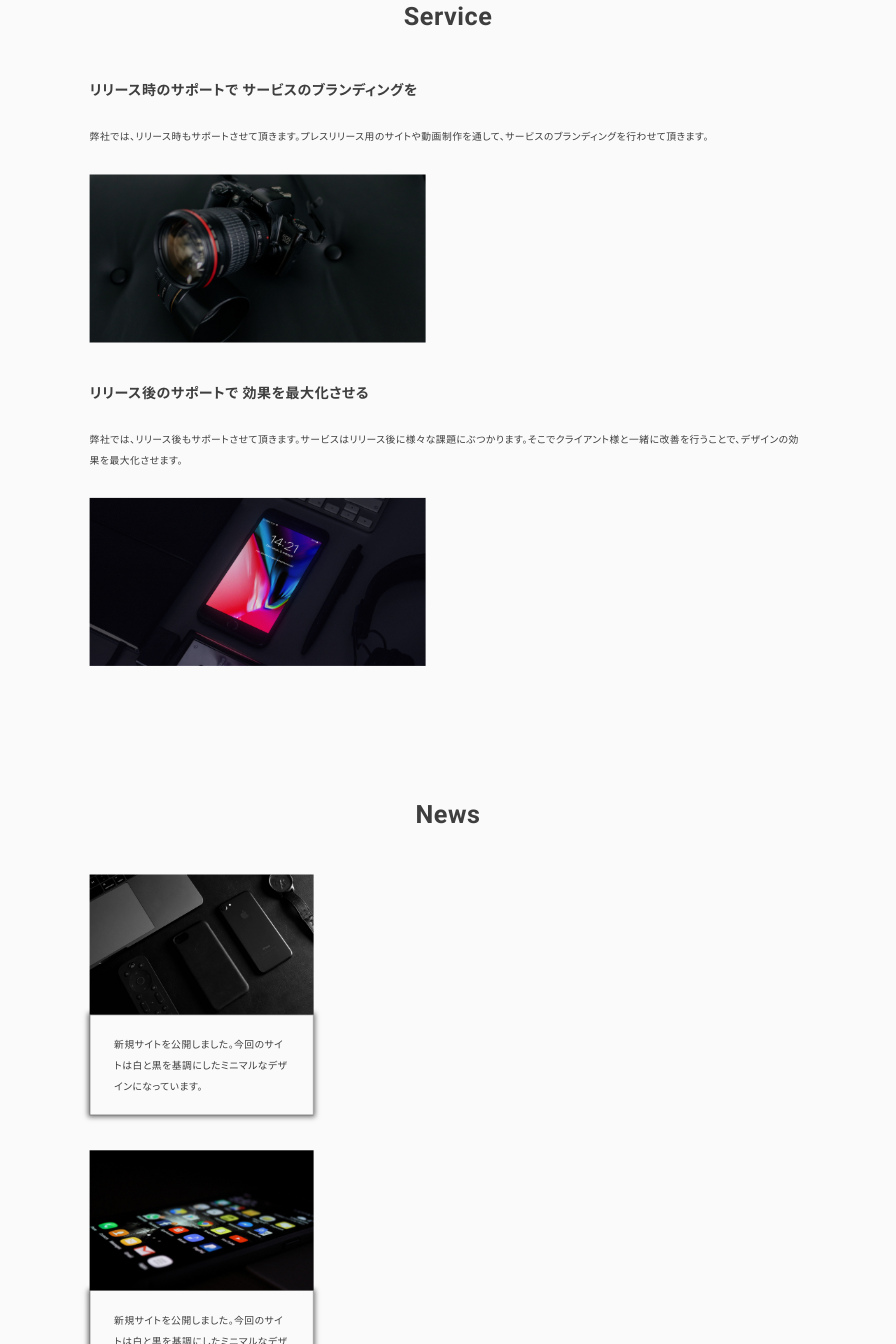
Repository: hatarakimono-kumasan/kurisuta_1st
Page: index.html
These files come from the project's save history. The page is drawn as it stood at one moment and after the next save; the edit follows.
The browser window is 1280 px wide. The pictures show the part of the page from y = 1295 to 3215 px (the page is 4599 px tall before and 5143 px after), at 70% of full size.
Some web libraries are served in a nearby version. The style sheet was rebuilt from its Sass, Less or Tailwind sources for each picture, by a compiler version that may differ from the author's.

Above is the page before, as saved 2020-05-15 16:10:47.

After the next save:
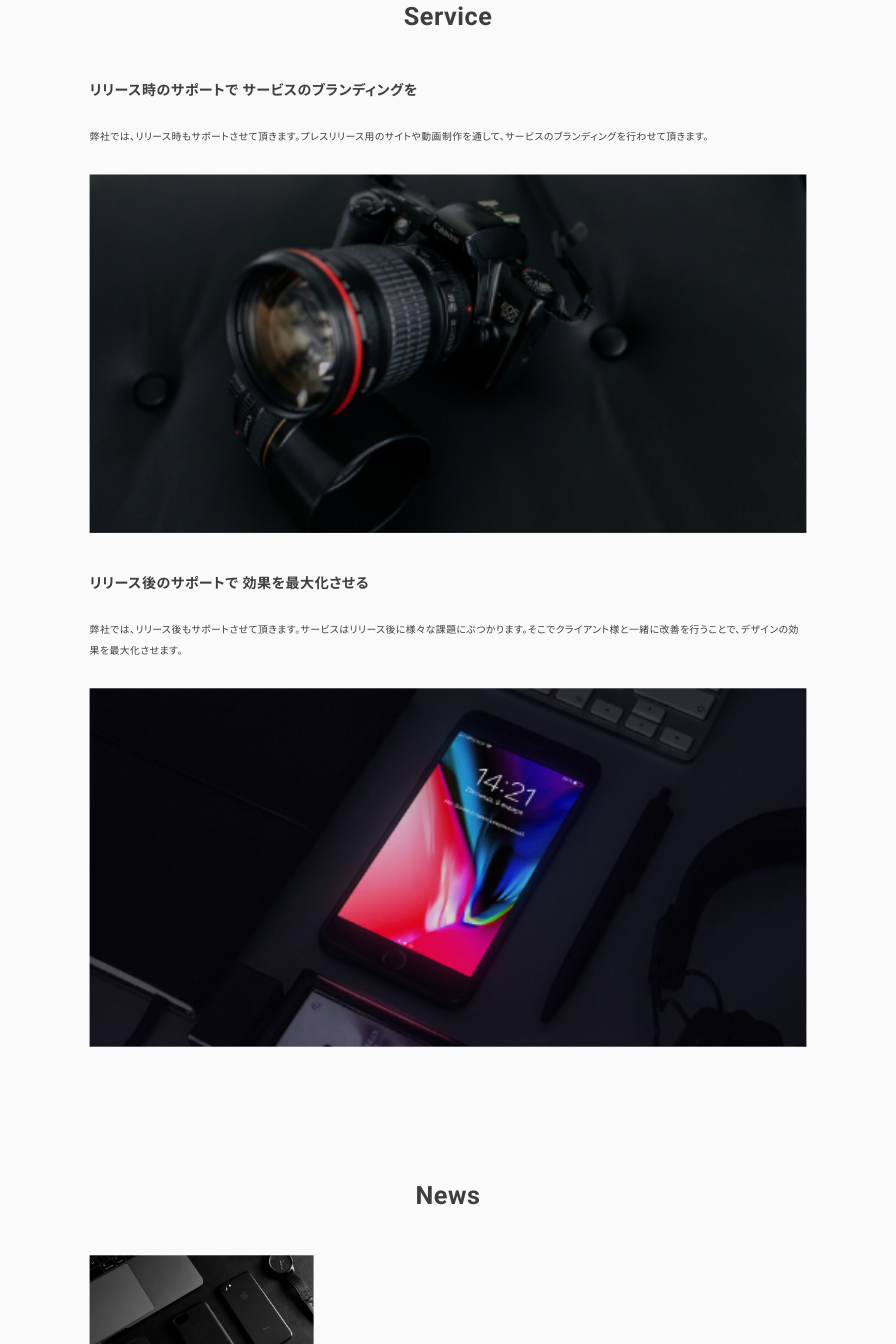
Saved 82 s later.
--- a/scss/foundation/_base.scss
+++ b/scss/foundation/_base.scss
@@ -11,6 +11,7 @@ body {
 	background-color: #fafafa;
 }
 img {
+	width: 100%;
 	max-width: 100%;
 	height: auto;
 	vertical-align: bottom;
